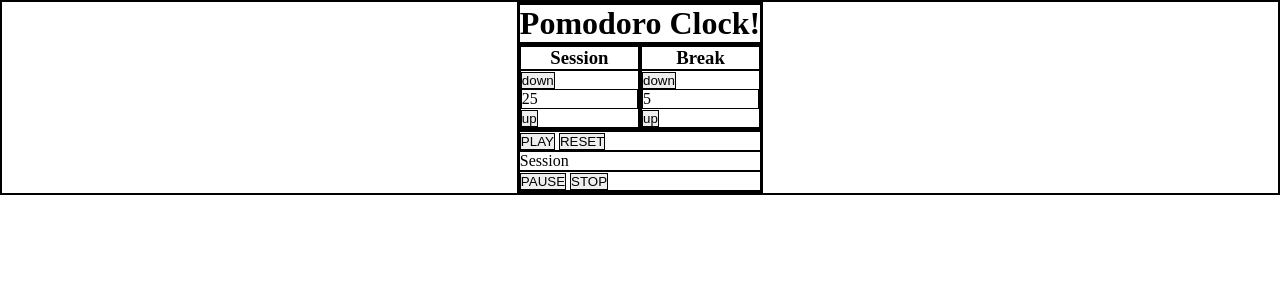
Repository: mcostigliola/pomodoroTimer
Page: index.html
An editor plug-in stored every save of this project. The page is shown before and after the next save, followed by the edit.
The browser window is 1280 px wide. The pictures show the whole page.

Above is the page before, as saved 2020-05-22 20:09:21.
Not found: main.js

### index.html
<!DOCTYPE html>
<html>
<head>
  <meta charset='utf-8'>
  <meta http-equiv='X-UA-Compatible' content='IE=edge'>
  <title>Page Title</title>
  <meta name='viewport' content='width=device-width, initial-scale=1'>
  <link rel='stylesheet' type='text/css' media='screen' href='main.css'>
  <script src='main.js'></script>
</head>
<body>
  <div id="main-container">
    <div id="title-watch">
      <h1>Pomodoro Clock!</h1>
    </div>

    <div id="session-container">
      <div class="timer-configurator">
        <h3 class="cnfg-name">Session</h3>
        <div class="cnfg-controller">
          <button class="arrow-dnw">
            down
          </button>
          <div class="session-minute">
            25
          </div>
          <button class="arrow-up">
            up
          </button>
        </div>
      </div>
      <div class="timer-configurator">
        <h3 class="cnfg-name">Break</h3>
        <div class="cnfg-controller">
          <button class="arrow-dnw">
            down
          </button>
          <div class="session-minute">
            5
          </div>
          <button class="arrow-up">
            up
          </button>
        </div>
      </div>
    </div>

    <div id="timer-container">
       <div class="btn-container">
         <button id="btn-play">PLAY</button>
         <button id="btn-refresh">RESET</button>
       </div>

       <p>Session</p>

       <div class="btn-container">
         <button id="btn-pause">PAUSE</button>
         <button id="btn-stop">STOP</button>
       </div>

    </div>
  </div>
</body>
</html>

### main.css
*{
    border: 1px solid black;
    box-sizing: border-box;
    margin:0;
    padding:0;
}

body{
    display: flex;
    flex-flow: column;
}

#main-container{
    display: flex;
    flex-flow: column;
    margin: auto;
}

#session-container{
    display: flex;
}

.timer-configurator{
    display: flex;
    flex-flow: column;

    width: 50%;
}

.timer-configurator h3{
    text-align: center;
}

After the next save:
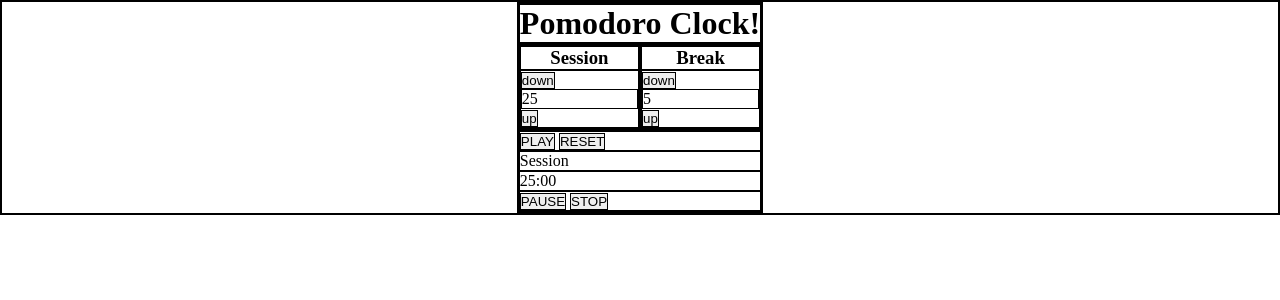
Saved 106 s later.
--- a/index.html
+++ b/index.html
@@ -52,7 +52,7 @@
        </div>
 
        <p>Session</p>
-
+       <p id="timer">25:00</p>
        <div class="btn-container">
          <button id="btn-pause">PAUSE</button>
          <button id="btn-stop">STOP</button>
